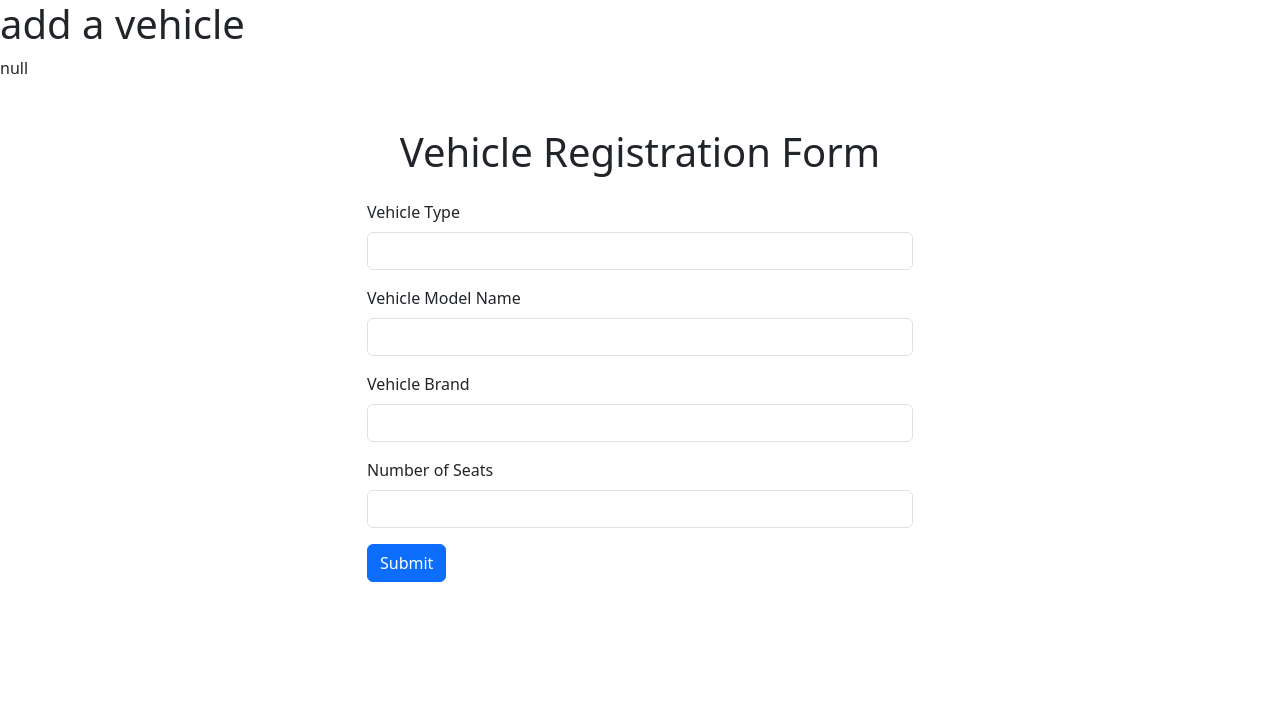
Repository: VimashaVishvani/VehicleRental
Page: http://localhost/Vehicle_rentalDb/addVehicle.jsp
An editor plug-in stored every save of this project. The page is shown before and after the next save, followed by the edit.
The browser window is 1280 px wide. The pictures show the whole page.
The page is served by Tomcat 9.

Above is the page before, as saved 2024-05-06 20:39:19.

After the next save:
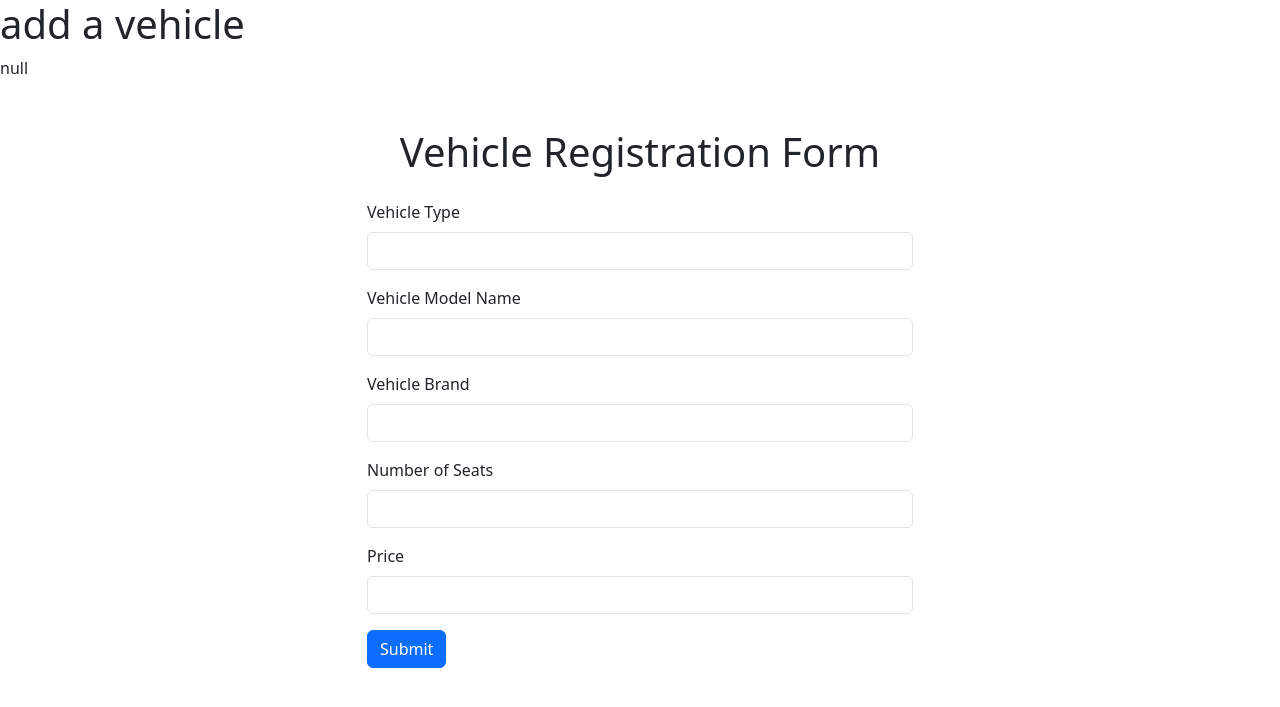
Saved 3 min 52 s later.
--- a/Vehicle_rentalDb/src/main/webapp/addVehicle.jsp
+++ b/Vehicle_rentalDb/src/main/webapp/addVehicle.jsp
@@ -46,6 +46,11 @@
                         <label for="noOfSeats" class="form-label">Number of Seats</label>
                         <input type="number" class="form-control" id="noOfSeats" name="noOfSeats">
                     </div>
+                    <div class="mb-3">
+                        <label for="noOfSeats" class="form-label">Price</label>
+                        <input type="number" class="form-control" id="nossOfSeats" name="price">
+                    </div>
+                    <input type="hidden" class="form-control" id="vssBrand" name="vOwner" value="<%= id %>">
                     <button type="submit" class="btn btn-primary">Submit</button>
                 </form>
                 <!-- End Form -->
